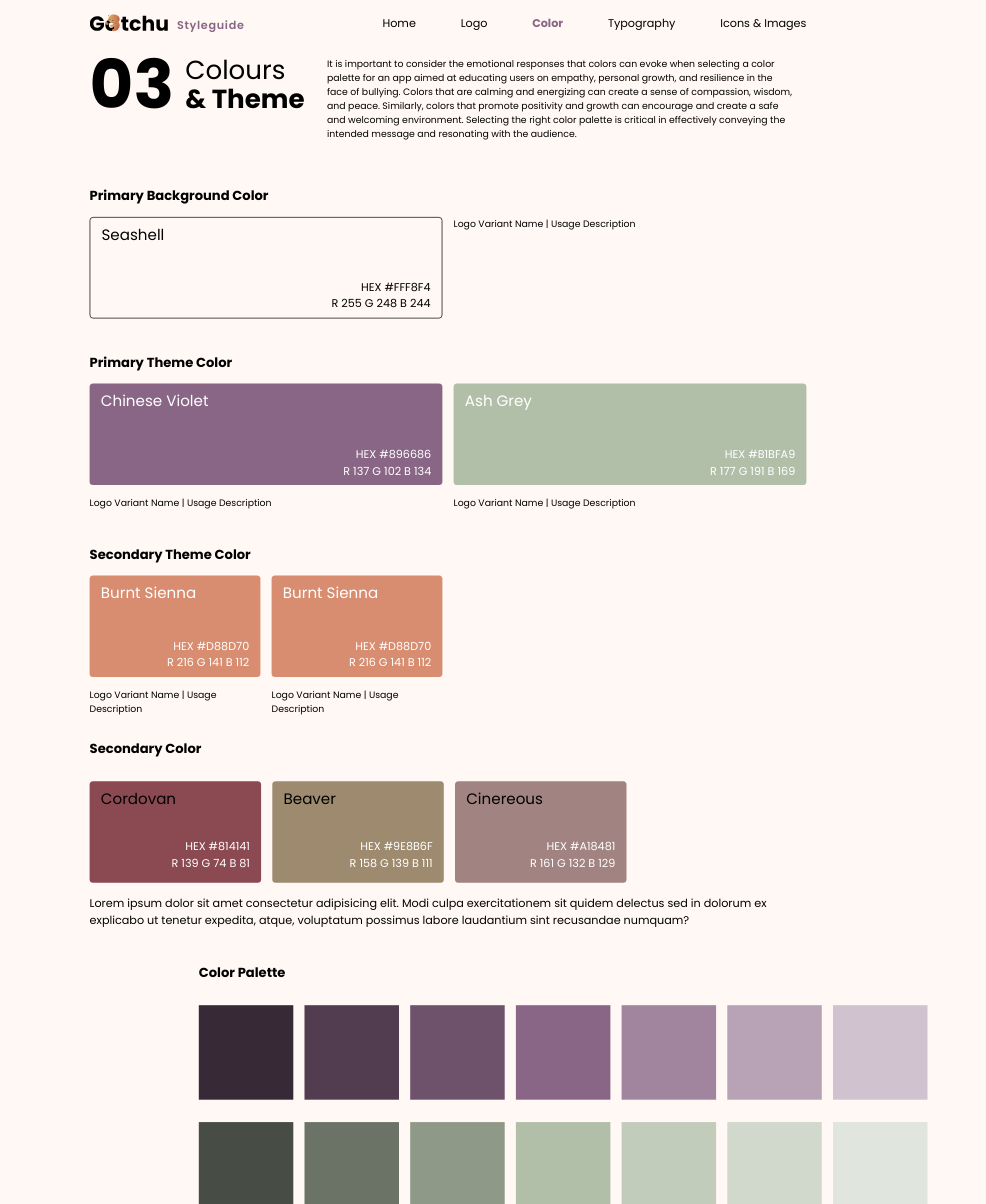
Repository: kionale/Antibullying-Project_Design-Guide
Page: color.html
An editor plug-in stored every save of this project. The page is shown before and after the next save, followed by the edit.
The browser window is 1280 px wide. The page is 1408 px wide, so the pictures cover 1408 px, including what lies to the right of the window. The pictures show the part of the page from y = 0 to 1720 px (the page is 2479 px tall), at 70% of full size.

Above is the page before, as saved 2023-03-11 01:43:13.

### color.html
<!DOCTYPE html>
<html lang="en">

<head>
    <meta charset="UTF-8">
    <meta http-equiv="X-UA-Compatible" content="IE=edge">
    <meta name="viewport" content="width=device-width, initial-scale=1.0">
    <title>Color Palette and Typography</title>
    <link rel="stylesheet" href="color.css">
</head>

<body>
    <nav class="navbar">
        <div class="logo_container">
            <img src="/images/logo.svg" class="logo" />
            <div class="app_name">Styleguide</div>
        </div>
        <ul class="nav_links">
            <li><a href="index.html">Home</a></li>
            <li><a href="logo.html">Logo</a></li>
            <li><a href="color.html"><span class="bold">Color</span></a></li>
            <li><a href="typography.html">Typography</a></li>
            <li><a href="icons.html">Icons & Images</a></li>
        </ul>
        <div class="burger">
            <div class="line1"></div>
            <div class="line2"></div>
            <div class="line3"></div>
        </div>
    </nav>
    <main class="body_container">
        <section class="about">
            <div class="section_number">
                <div class="element_number">03</div>
                <h2 class="page_title">Colours <br><span class="highlight">& Theme</h2>
            </div>
            <div class="about_text">
                <p class="section_description">It is important to consider the emotional responses that colors can evoke
                    when selecting a color palette for an app aimed at educating users on empathy, personal growth, and
                    resilience in the face of bullying. Colors that are calming and energizing can create a sense of
                    compassion, wisdom, and peace. Similarly, colors that promote positivity and growth can encourage
                    and create a safe and welcoming environment. Selecting the right color palette is critical in
                    effectively conveying the intended message and resonating with the audience.</p>
            </div>
        </section>
        <h3 class="subHeading">Primary Background Color</h3>
        <div class="columnTwo">
            <div class="subCard">
                <div class="color_container color_box1">
                    <div class="color_name">Seashell</div>
                    <div class="hex">HEX #FFF8F4</div>
                    <div class="RGB">R 255 G 248 B 244</div>
                </div>
            </div>
            <p class="description_text">Logo Variant Name | Usage Description</p>
        </div>
        <h3 class="subHeading">Primary Theme Color</h3>
        <div class="columnTwo">
            <div class="subCard">
                <div class="color_container color_box2 white">
                    <div class="color_name white">Chinese Violet</div>
                    <div class="hex">HEX #896686</div>
                    <div class="RGB">R 137 G 102 B 134</div>
                </div>
                <p class="description_text">Logo Variant Name | Usage Description</p>
            </div>
            <div class="subCard">
                <div class="color_container color_box3 white">
                    <div class="color_name white">Ash Grey</div>
                    <div class="hex">HEX #B1BFA9</div>
                    <div class="RGB">R 177 G 191 B 169</div>
                </div>
                <p class="description_text">Logo Variant Name | Usage Description</p>
            </div>
        </div>
        <h3 class="subHeading">Secondary Theme Color</h3>
        <div class="columnFour">
            <div class="subCard">
                <div class="color_container white" style="background:rgb(216, 141,112);">
                    <div class="color_name white">Burnt Sienna</div>
                    <div class="hex">HEX #D88D70</div>
                    <div class="RGB">R 216 G 141 B 112</div>
                </div>
                <p class="description_text">Logo Variant Name | Usage Description</p>
            </div>
            <div class="subCard">
                <div class="color_container white" style="background:rgb(216, 141,112);">
                    <div class="color_name white">Burnt Sienna</div>
                    <div class="hex">HEX #D88D70</div>
                    <div class="RGB">R 216 G 141 B 112</div>
                </div>
                <p class="description_text">Logo Variant Name | Usage Description</p>
            </div>
        </div>

        <div class="col">
            <h3>Secondary Color</h3>
            <div class="row">

                <div class="color_scontainer" style="background:rgb(139, 74,81);">
                    <div class="color_name">Cordovan</div>
                    <div class="hex_w">HEX #814141</div>
                    <div class="RGB_w">R 139 G 74 B 81</div>
                </div>
                <div class="color_scontainer" style="background:rgb(158, 139,111);">
                    <div class="color_name">Beaver</div>
                    <div class="hex_w">HEX #9E8B6F</div>
                    <div class="RGB_w">R 158 G 139 B 111</div>
                </div>

                <div class="color_scontainer" style="background:rgb(161, 132,129);">
                    <div class="color_name">Cinereous</div>
                    <div class="hex_w">HEX #A18481</div>
                    <div class="RGB_w">R 161 G 132 B 129</div>
                </div>

            </div>
            <p>Lorem ipsum dolor sit amet consectetur adipisicing elit. Modi culpa exercitationem sit quidem
                delectus sed in dolorum ex explicabo ut tenetur expedita, atque, voluptatum possimus labore
                laudantium sint recusandae numquam?</p>

        </div>

        </div>

        <section class="color_palette">
            <div>
                <h3>Color Palette</h3>
            </div>
            <div class="color_boxes">


                <div class="row">
                    <div class="small-cl-box1" style="background:#372936"></div>
                    <div class="small-cl-box1" style="background:#523D50"></div>
                    <div class="small-cl-box1" style="background:#6E526B"></div>
                    <div class="small-cl-box1" style="background:#896686"></div>
                    <div class="small-cl-box1" style="background:#A1859E"></div>
                    <div class="small-cl-box1" style="background:#B8A3B6"></div>
                    <div class="small-cl-box1" style="background:#D0C2CF"></div>


                </div>
                <div class="row">
                    <div class="small-cl-box1" style="background:#474C44"></div>
                    <div class="small-cl-box1" style="background:#6A7365"></div>
                    <div class="small-cl-box1" style="background:#8E9987"></div>
                    <div class="small-cl-box1" style="background:#B1BFA9"></div>
                    <div class="small-cl-box1" style="background:#C1CCBA"></div>
                    <div class="small-cl-box1" style="background:#D0D9CB"></div>
                    <div class="small-cl-box1" style="background:#E0E5DD"></div>

                </div>
                <div class="row">
                    <div class="small-cl-box1" style="background:#56382D"></div>
                    <div class="small-cl-box1" style="background:#825543"></div>
                    <div class="small-cl-box1" style="background:#825543"></div>
                    <div class="small-cl-box1" style="background:#D88D70"></div>
                    <div class="small-cl-box1" style="background:#E0A48D"></div>
                    <div class="small-cl-box1" style="background:#E8BBA9"></div>
                    <div class="small-cl-box1" style="background:#EFD1C6"></div>
                </div>
                <div class="row">
                    <div class="small-cl-box1" style="background:#381E20"></div>
                    <div class="small-cl-box1" style="background:#532C31"></div>
                    <div class="small-cl-box1" style="background:#6F3B41"></div>
                    <div class="small-cl-box1" style="background:#8B4A51"></div>
                    <div class="small-cl-box1" style="background:#A26E74"></div>
                    <div class="small-cl-box1" style="background:#B99297"></div>
                    <div class="small-cl-box1" style="background:#D1B7B9"></div>
                </div>
                <div class="row">
                    <div class="small-cl-box1" style="background:#3F382C"></div>
                    <div class="small-cl-box1" style="background:#5F5343"></div>
                    <div class="small-cl-box1" style="background:#7E6F59"></div>
                    <div class="small-cl-box1" style="background:#9E8B6F"></div>
                    <div class="small-cl-box1" style="background:#B1A28C"></div>
                    <div class="small-cl-box1" style="background:#C5B9A9"></div>
                    <div class="small-cl-box1" style="background:#D8D1C5"></div>
                </div>
                <div class="row">
                    <div class="small-cl-box1" style="background:#403534"></div>
                    <div class="small-cl-box1" style="background:#614F4D"></div>
                    <div class="small-cl-box1" style="background:#816A67"></div>
                    <div class="small-cl-box1" style="background:#A18481"></div>
                    <div class="small-cl-box1" style="background:#B1A28C"></div>
                    <div class="small-cl-box1" style="background:#C7B5B3"></div>
                    <div class="small-cl-box1" style="background:#D9CECD"></div>
                </div>
            </div>
        </section>


    </main>
</body>
<footer>
    <p class="footer"> Gotchu </p>
</footer>

</html>

### color.css
@import url('https://fonts.googleapis.com/css2?family=Lato:ital,wght@0,100;0,300;0,400;0,700;0,900;1,300&family=Poppins:ital,wght@0,100;0,200;0,300;0,400;0,500;0,600;0,700;1,500&display=swap');

:root {
    --primary-clr: #896686;
    --primary-clr-2: #B1BFA9;
    --font-color: black;
    --background-clr: #FFF8F4;
    --secondary-clr-1: #D88D70;
    --secondary-clr-2: #8B4A51;

}

* {
    margin: 0px;
    padding: 0px;
    box-sizing: border-box;
    /* border: 1px black solid; */
}

body {

    /* font-family: 'lato',sans-serif; */
    font-family: 'Poppins', sans-serif;
    background-color: var(--background-clr);

}

/* NavBar (Formatted) */

.navbar {
    /* background-color: var(--secondary-clr); */
    display: flex;
    justify-content: space-between;
    align-items: center;
    min-height: 9vh;
    color: var(--font-color);
    /* position: sticky; */
    top: 0;
    padding: 0 8rem;
}

.logo_container {
    display: flex;
    flex-direction: row;
    align-items: center;
    gap: 0.8rem;
}

.logo {
    width: 7rem;
    object-fit: contain;
}


.logo:hover {
    transform: scale(1.05);
}

.app_name {
    letter-spacing: 1px;
    font-size: 1rem;
    font-weight: 600;
    color: #896686;
    margin-top: 0.5rem;
}

.app_name:hover {
    color: var(--secondary-clr);
}

.bold {
    font-weight: bold;
    color: var(--primary-clr);
}

.nav_links {
    display: flex;
    flex-direction: row;
    justify-content: flex-end;
    gap: 4rem;
    width: 40vw;
    flex-grow: 1;
}

.nav_links li {
    list-style: none;
}

.nav_links a {
    color: inherit;
    text-decoration: none;
    font-weight: 400;
}

.nav_links li:hover {
    transform: translateX(-5%);
}

.burger {
    display: none;
    cursor: pointer;
}

.burger div {
    width: 1.5rem;
    height: 0.15rem;
    background-color: black;
    margin: 0.35rem;

}

/* NavBar (End) */

/* Main Container (Formatted) */

.body_container {
    display: flex;
    flex-direction: column;
    padding: 0rem 8rem;
}

/* Main Container (End) */

/* Section Number with Desciption (Formatted) */

.about {
    display: flex;
    flex-direction: row;
    min-height: 5rem;
    justify-content: flex-start;
    margin-bottom: 2rem;
}

.section_number {
    display: flex;
    flex-direction: row;
    justify-content: center;
    align-items: center;
    height: 7rem;
}

.element_number {
    font-size: 72pt;
    font-weight: 790;
    line-height: 100%;
    margin-right: 1rem;
}

.page_title {
    font-weight: 400;
    font-size: 28pt;
    line-height: 110%;
    white-space: nowrap;
}

.highlight {
    font-weight: 700;
}

.about_text {
    padding: 1rem 1rem 1rem 2rem;
    font-size: 10pt;
}

/* Section Number with Desciption (End) */

.subHeading {
    width: 100%;
    padding: 1rem 0;
}

.columnTwo {
    display: grid;
    grid-template-columns: repeat(2, 1fr);
    gap: 1rem;
    margin-bottom: 2rem;
}

.columnFour {
    display: grid;
    grid-template-columns: repeat(4, 1fr);
    gap: 1rem;
    margin-bottom: 2rem;
}

.subCard {
    display: flex;
    flex-direction: column;
    gap: 1rem;
    position: relative;
}

.description_text {
    font-size: 10pt;
}

/* General Color Card */

.color_container {
    width: 100%;
    height: 145px;
    position: relative;
    border-radius: 5px;
}

/* General Color Card (End) */


/* Primary Background Color */

.color_box1 {
    background-color: var(--background-clr);
    border: 1px solid black;
}

.color_name {
    position: absolute;
    top: 0.5rem;
    left: 1rem;
    font-size: 1.35rem;
    color: black;
}

.hex {
    position: absolute;
    bottom: 2rem;
    right: 1rem;
}

.RGB {
    position: absolute;
    bottom: 0.5rem;
    right: 1rem;
}

/* Primary Background Color (End) */

.color_box2 {
    background-color: var(--primary-clr);
}

.color_box3 {
    background-color: var(--primary-clr-2);
}

.white {
    color: white;
}


.color_scheme h3 {
    align-items: flex-start;
}


.color_scontainer {
    width: 245px;
    height: 145px;

    margin-top: 1rem;
    border-radius: 5px;
    position: relative;
}







.hex_w {
    color: white;
    position: absolute;
    bottom: 2.5rem;
    right: 1rem;
}



.RGB_w {
    color: white;
    position: absolute;
    bottom: 1rem;
    right: 1rem;
}

.underline {
    text-decoration: underline;

}

.color_text {
    padding-top: 2.5rem;
}

.color_palette {
    display: flex;
    flex-direction: column;
    gap: 1rem;
    margin-top: 3rem;
    width: 100vw;
    padding-left: 9.75rem;

}


.row {
    display: flex;
    gap: 1rem;
    margin-top: 1rem;
    margin-bottom: 1rem;

}

.color_boxes {
    display: flex;
    flex-direction: column;
}

.small-cl-box1 {
    width: 135px;
    aspect-ratio: 1/1;
}

.small-cl-box2 {
    width: 4rem;
    aspect-ratio: 1/1;
    background-color: lightpink;

}

.small-cl-box3 {
    width: 4rem;
    aspect-ratio: 1/1;
    background-color: plum;

}

.dividing_line {
    width: 30%;
    height: 4px;
    background-color: black;
}

.col {
    display: flex;
    flex-direction: column;
}

.footer {
    margin-top: 2rem;
    text-align: center;
}

After the next save:
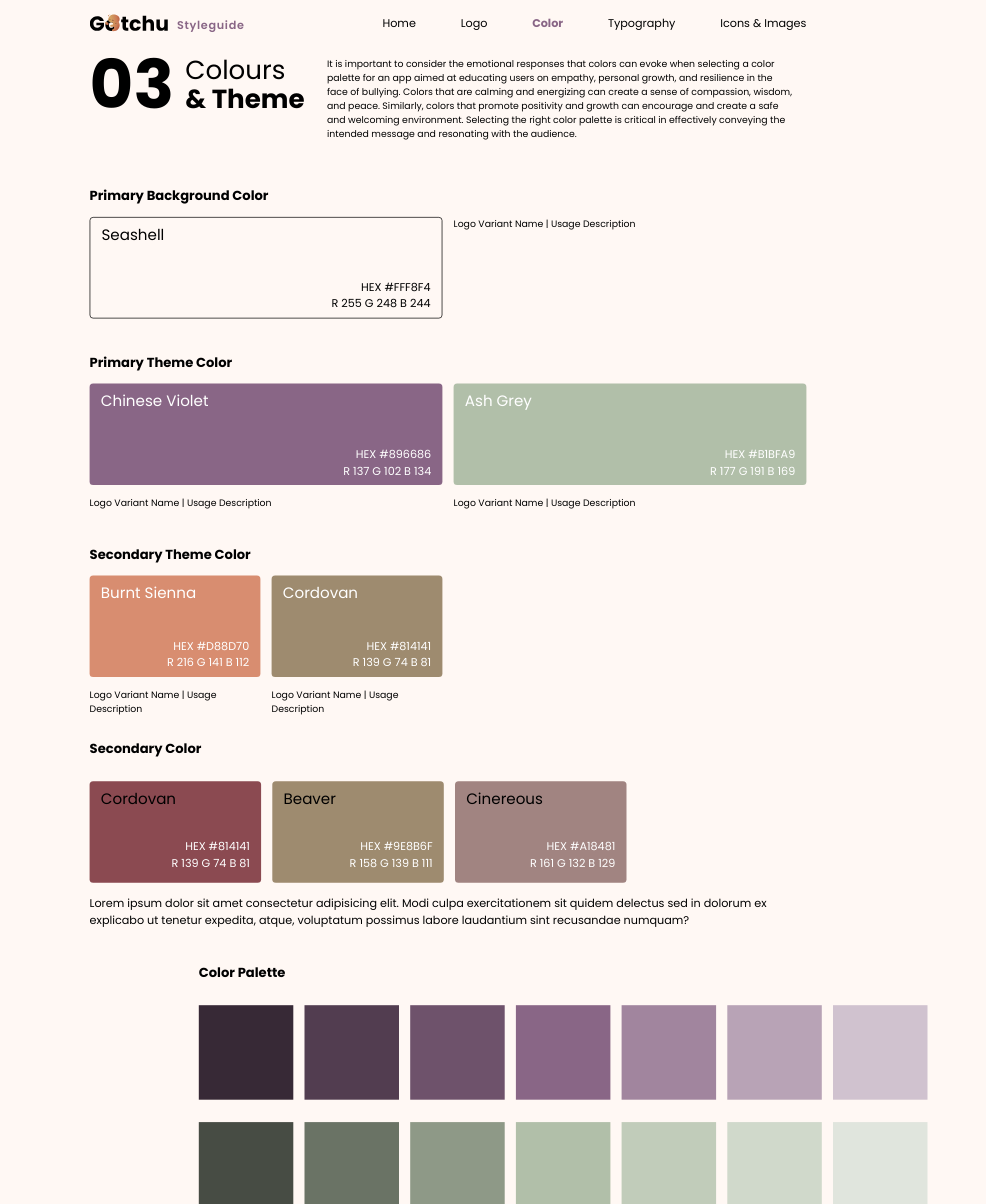
Saved 16 s later.
--- a/color.html
+++ b/color.html
@@ -84,10 +84,10 @@
                 <p class="description_text">Logo Variant Name | Usage Description</p>
             </div>
             <div class="subCard">
-                <div class="color_container white" style="background:rgb(216, 141,112);">
-                    <div class="color_name white">Burnt Sienna</div>
-                    <div class="hex">HEX #D88D70</div>
-                    <div class="RGB">R 216 G 141 B 112</div>
+                <div class="color_container white" style="background:rgb(158, 139,111);">
+                    <div class="color_name white">Cordovan</div>
+                    <div class="hex">HEX #814141</div>
+                    <div class="RGB">R 139 G 74 B 81</div>
                 </div>
                 <p class="description_text">Logo Variant Name | Usage Description</p>
             </div>
